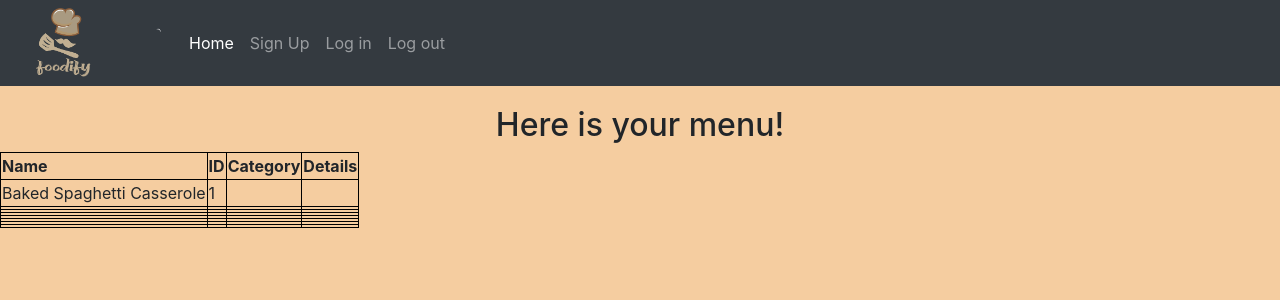
Repository: RanaHisham18/Foodify-Web-App
Page: Project IA raghda/usermenu.html
The author's editor kept a copy of each file at every save. The page is drawn from the files as they stood at one save, then again after a run of saves.
The browser window is 1280 px wide. The pictures show the whole page.

Above is the page before, as saved 2022-01-06 18:26:41.

After the next 2 saves:
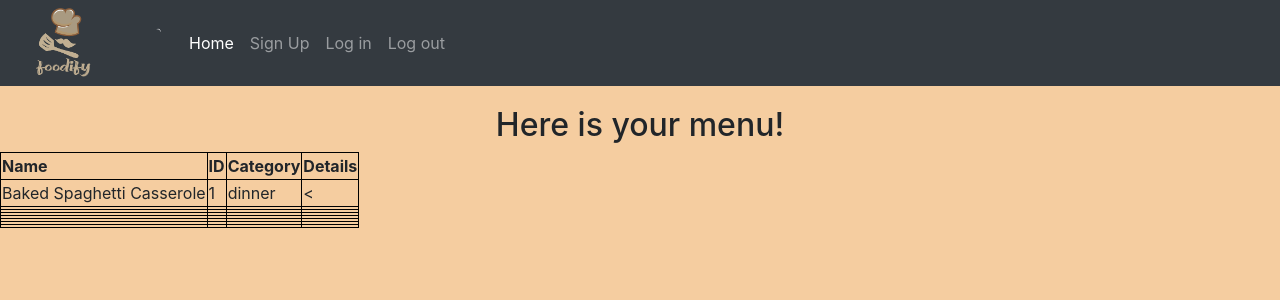
The 2 saves are shown as one change because they came seconds apart.
The last was saved 8 s later.
--- a/Project IA raghda/usermenu.html
+++ b/Project IA raghda/usermenu.html
@@ -52,8 +52,8 @@
 <tr>
     <td> Baked Spaghetti Casserole</td>
     <td>1</td>
-    <td></td>
-    <td></td>
+    <td>dinner</td>
+    <td><</td>
 </tr>
 
 <tr>
